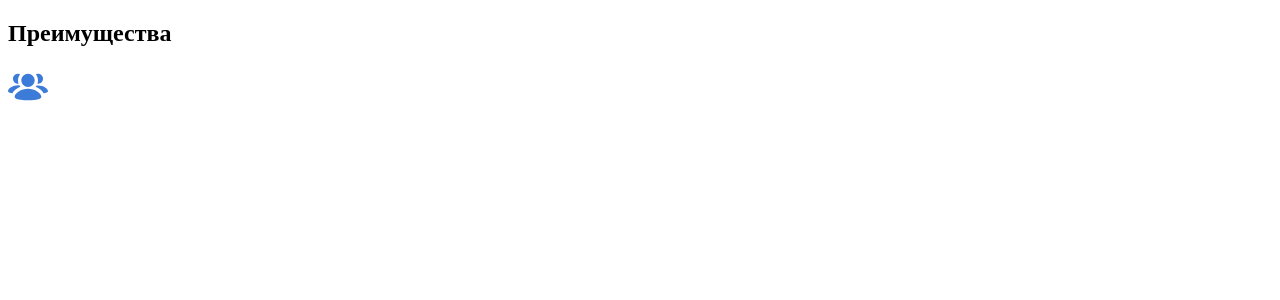
Repository: Azimich/Cleaning_
Page: src/pages/Cleaning/advantage/advantage.html
The author's editor kept a copy of each file at every save. The page is drawn from the files as they stood at one save, then again after the next save.
The browser window is 1280 px wide. The pictures show the whole page.

Above is the page before, as saved 2022-10-19 19:28:06.

After the next save:
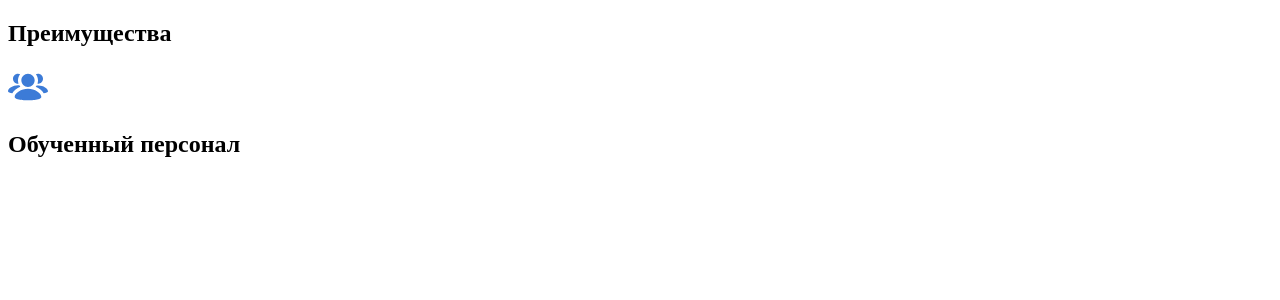
Saved 18 s later.
--- a/src/pages/Cleaning/advantage/advantage.html
+++ b/src/pages/Cleaning/advantage/advantage.html
@@ -15,7 +15,7 @@
             </svg>
           </div>
           <div class="advantage__item-info">
-            <h2 class="h2"></h2>
+            <h2 class="h2">Обученный персонал</h2>
             <p></p>
           </div>
         </div>
